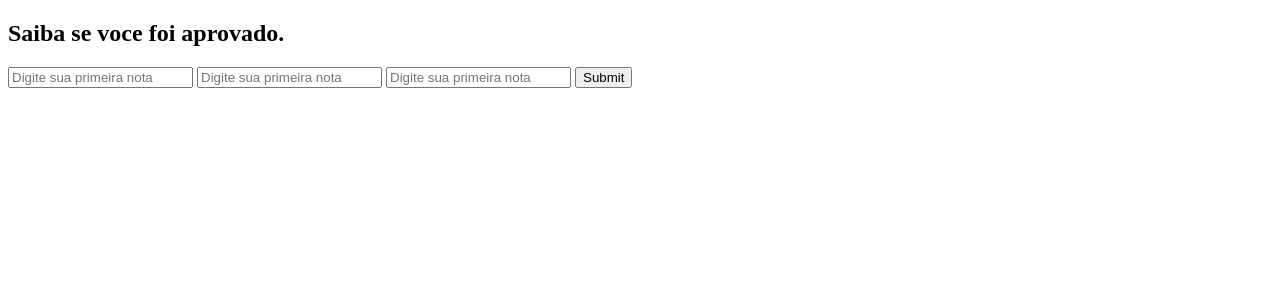
Repository: Fablilsonoliver/logica1
Page: index.html
These files come from the project's save history. The page is drawn as it stood at one moment and after a run of saves; the edit follows.
The browser window is 1280 px wide. The pictures show the whole page.

Above is the page before, as saved 2025-04-30 10:11:09.

### index.html
<!DOCTYPE html>
<html lang="en">
<head>
    <meta charset="UTF-8">
    <meta name="viewport" content="width=device-width, initial-scale=1.0">
    <title>Document</title>
</head>
<body>
 <div>
    <h2>Saiba se voce foi aprovado.</h2>
    <input type="Number" id="nota1" placeholder="Digite sua primeira nota"/>
    <input type="Number" id="nota2" placeholder="Digite sua primeira nota"/>
    <input type="Number" id="nota3" placeholder="Digite sua primeira nota"/>
    <input type="submit" ondblclick="classificacao()"/>
    <h4 id="resultadoFinal"></h4>

    <div>
        <h2> </h2>
    </div>

 </div>
   <script src="app.js"></script>
</body>
</html>

### app.js
function classificacao() {
    const nota1 = Number(document.getElementById("nota1").value);
    const nota2 = Number(document.getElementById("nota2").value);
    const nota3 = Number(document.getElementById("nota3").value);
    const resultadoFinal = document.getElementById("resultadoFinal");
    let aprovacao;

    const media = (nota1 + nota2 + nota3)/3;
    if (nota1 > 10 || nota2 > 10 || nota3 > 10 || nota1 < 0 || nota2 < 0 || nota3 < 0
        || isNaN(nota1) || isNaN(nota2) || isNaN(nota3)) {
        alert("Digite uma nota válida!");
    } else {

    aprovacao = media > 7 ? "Aprovado!" : "Reprovado.";
    resultadoFinal.innerHTML = `A sua media foi de ${media.toFixed(2)}. ${aprovacao}`
    }
}


function meta(){
    const dia1 = Number (document.getElementById())
}

After the next 4 saves:
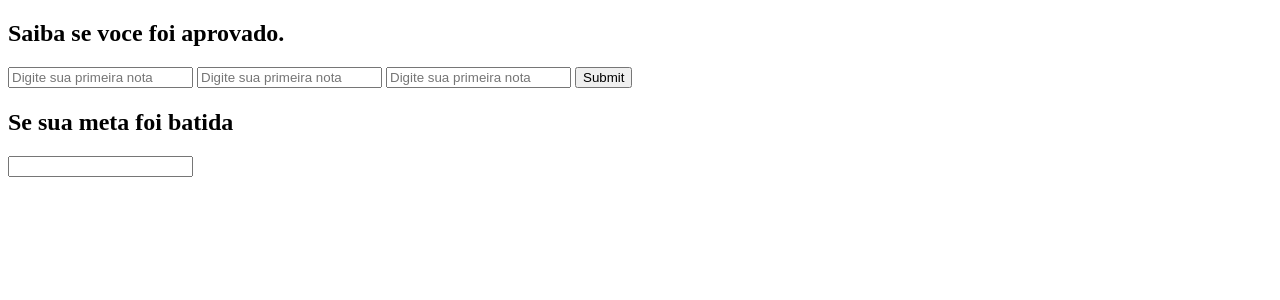
The 4 saves are shown as one change because they came seconds apart.
The last was saved 18 s later.
--- a/index.html
+++ b/index.html
@@ -15,7 +15,8 @@
     <h4 id="resultadoFinal"></h4>
 
     <div>
-        <h2> </h2>
+        <h2> Se sua meta foi batida</h2>
+        <input type="text">
     </div>
 
  </div>
